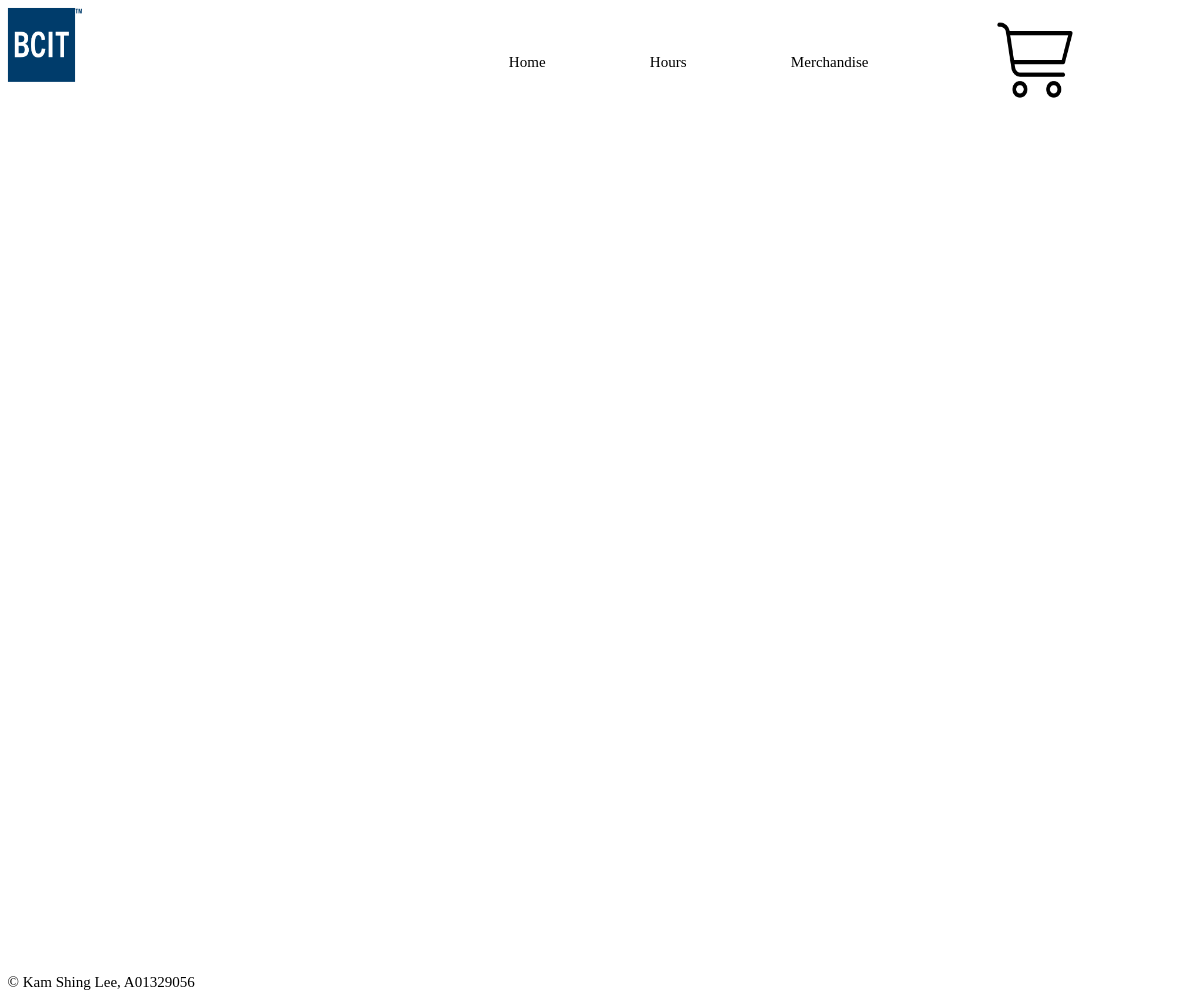
Repository: klee616/assessment3
Page: /
An editor plug-in stored every save of this project. The page is shown before and after the next save, followed by the edit.
The browser window is 1280 px wide. The pictures show the whole page, at 94% of full size.
The project was rebuilt for these pictures with package versions that can differ from the ones it lists, and the page was loaded fresh each time. The framework's server and built-in components were replaced by stand-ins that run in the browser. Also part of the build but not shown: next.config.mjs, components/Footer/Footer.module.css.

Above is the page before, as saved 2024-02-06 00:14:43.

### pages/index.js
import Head from "next/head";
import { Inter } from "next/font/google";
import styles from "@/styles/Home.module.css";
import layout from "@/styles/layout.module.css"
import Header from "@/components/Header";
import Footer from "@/components/Footer";

const inter = Inter({ subsets: ["latin"] });

export default function Home() {
  return (
    <>
      <Head>
        <title>BCIT Book Store</title>
        <meta name="description" content="All online pick-up orders are available at the Burnaby Campus Bookstore (SE2). Please allow 2-3 business days for order processing." />
        <meta name="viewport" content="width=device-width, initial-scale=1" />
        <link rel="icon" href="/favicon.ico" />
      </Head>

      <Header />
      <main className={`${styles.main} ${inter.className}`}>
        <div className={`${layout['col-lg-4']} ${layout['col-md-4']} ${layout['col-lg-4']}}`}>

        </div>
      </main>
      <Footer />
    </>
  );
}

### styles/globals.css
:root {
  --background-color: #fff;
  --highlight: #FFF400;
  --blue: #003C71;
  --white-text: #fff;
  --product-background: rgb(245, 245, 245);
}

a{
  color: inherit;
  text-decoration: none;
}

### styles/layout.module.css

.row {
    display: flex;
    flex-direction: row;
    flex-wrap: wrap;
    justify-content: left;
    align-items: stretch;
  }

  .col-lg-12, .col-md-12, .col-sm-12{
      flex: 0 0 12;
      width: calc(100% / 12 * 12);
  }

  .col-lg-11, .col-md-11, .col-sm-11{
      flex: 0 0 11;
      width: calc(100% / 12 * 11);
  }

  .col-lg-10, .col-md-10, .col-sm-10{
      flex: 0 0 10;
      width: calc(100% / 12 * 10);
  }

  .col-lg-9, .col-md-9, .col-sm-9{
      flex: 0 0 9;
      width: calc(100% / 12 * 9);
  }

  .col-lg-8, .col-md-8, .col-sm-8{
      flex: 0 0 8;
      width: calc(100% / 12 * 8);
  }

  .col-lg-7, .col-md-7, .col-sm-7{
      flex: 0 0 7;
      width: calc(100% / 12 * 7);
  }

  .col-lg-6, .col-md-6, .col-sm-6{
      flex: 0 0 6;
      width: calc(100% / 12 * 6);
  }

  .col-lg-5, .col-md-5, .col-sm-5{
      flex: 0 0 5;
      width: calc(100% / 12 * 5);
  }

  .col-lg-4, .col-md-4, .col-sm-4{
      flex: 0 0 4;
      width: calc(100% / 12 * 4);
  }

  .col-lg-3, .col-md-3, .col-sm-3{
      flex: 0 0 3;
      width: calc(100% / 12 * 3);
  }

  .col-lg-2, .col-md-2, .col-sm-2{
      flex: 0 0 2;
      width: calc(100% / 12 * 2);
  }

  .col-lg-1, .col-md-1, .col-sm-1{
      flex: 0 0 1;
      width: calc(100% / 12 * 1);
  }

  .text-align-right{
    text-align: right;
  }

  @media (min-width: 1221px ) {
    /* lg*/

    .row {
      max-width: 1220px;
      width: 100vw;
    }

    .row-wider{
      width: 992px;
    }


    .col-lg-12 {
      flex: 0 0 12;
      width: calc(100% / 12 * 12);
    }

    .col-lg-11 {
      flex: 0 0 11;
      width: calc(100% / 12 * 12);
    }

    .col-lg-10 {
      flex: 0 0 10;
      width: calc(100% / 12 * 10);
    }

    .col-lg-9 {
      flex: 0 0 9;
      width: calc(100% / 12 * 9);
    }

    .col-lg-8 {
      flex: 0 0 8;
      width: calc(100% / 12 * 8);
    }

    .col-lg-7 {
      flex: 0 0 7;
      width: calc(100% / 12 * 7);
    }

    .col-lg-6 {
      flex: 0 0 6;
      width: calc(100% / 12 * 6);
    }

    .col-lg-5 {
      flex: 0 0 5;
      width: calc(100% / 12 * 5);
    }

    .col-lg-4 {
      flex: 0 0 4;
      width: calc(100% / 12 * 4);
    }

    .col-lg-3 {
      flex: 0 0 3;
      width: calc(100% / 12 * 3);
    }

    .col-lg-2 {
      flex: 0 0 2;
      width: calc(100% / 12 * 2);
    }

    .col-lg-1 {
      flex: 0 0 1;
      width: calc(100% / 12 * 1);
    }

    .lg-hidden{
      display: none;;
    }
  }


  @media (max-width:1220px) and (min-width:701px) {
    /* md*/

    .row {
        max-width: 1440px;
        width: 100vw;

    }



    .col-md-12 {
      flex: 0 0 12;
      width: calc(100% / 12 * 12);
    }

    .col-md-11 {
      flex: 0 0 11;
      width: calc(100% / 12 * 12);
    }

    .col-md-10 {
      flex: 0 0 10;
      width: calc(100% / 12 * 10);
    }

    .col-md-9 {
      flex: 0 0 9;
      width: calc(100% / 12 * 9);
    }

    .col-md-8 {
      flex: 0 0 8;
      width: calc(100% / 12 * 8);
    }

    .col-md-7 {
      flex: 0 0 7;
      width: calc(100% / 12 * 7);
    }

    .col-md-6 {
      flex: 0 0 6;
      width: calc(100% / 12 * 6);
    }

    .col-md-5 {
      flex: 0 0 5;
      width: calc(100% / 12 * 5);
    }

    .col-md-4 {
      flex: 0 0 4;
      width: calc(100% / 12 * 4);
    }

    .col-md-3 {
      flex: 0 0 3;
      width: calc(100% / 12 * 3);
    }

    .col-md-2 {
      flex: 0 0 2;
      width: calc(100% / 12 * 2);
    }

    .col-md-1 {
      flex: 0 0 1;
      width: calc(100% / 12 * 1);
    }


    .md-hidden{
      display: none;;
    }
  }


  @media (max-width:700px) {
    /* sm*/

    .row {
        max-width: 640;
        width: 100vw;

    }


    .col-sm-12 {
      flex: 0 0 12;
      width: calc(100% / 12 * 12);
    }

    .col-sm-11 {
      flex: 0 0 11;
      width: calc(100% / 12 * 12);
    }

    .col-sm-10 {
      flex: 0 0 10;
      width: calc(100% / 12 * 10);
    }

    .col-sm-9 {
      flex: 0 0 9;
      width: calc(100% / 12 * 9);
    }

    .col-sm-8 {
      flex: 0 0 8;
      width: calc(100% / 12 * 8);
    }

    .col-sm-7 {
      flex: 0 0 7;
      width: calc(100% / 12 * 7);
    }

    .col-sm-6 {
      flex: 0 0 6;
      width: calc(100% / 12 * 6);
    }

    .col-sm-5 {
      flex: 0 0 5;
      width: calc(100% / 12 * 5);
    }

    .col-sm-4 {
      flex: 0 0 4;
      width: calc(100% / 12 * 4);
    }

    .col-sm-3 {
      flex: 0 0 3;
      width: calc(100% / 12 * 3);
    }

    .col-sm-2 {
      flex: 0 0 2;
      width: calc(100% / 12 * 2);
    }

    .col-sm-1 {
      flex: 0 0 1;
      width: calc(100% / 12 * 1);
    }

    .sm-hidden{
      display: none;
    }
  }

### components/Header/index.js
import styles from './Header.module.css'
import layout from '@/styles/Layout.module.css'
import Image from 'next/image'
import Link from 'next/link'

export default function Header() {
    return (
        <>
            <header className={layout['row']}>
                <div className={`${layout['col-lg-4']} ${layout['col-md-4']} ${layout['col-sm-4']}`}>
                    <Image
                        src="/images/bcit_logo.png"
                        width={80}
                        height={80} />
                </div>
                <div className={`${layout['col-lg-8']} ${layout['col-md-8']} ${layout['col-sm-8']}`}>
                    <div className={styles['menu-container']}>
                        <ul className={styles['menu-list']}>
                            <li className={styles['menu-item']}>
                                <Link href='/'>Home</Link>
                            </li>
                            <li className={styles['menu-item']}>
                                <Link href='/'>Hours</Link>
                            </li>
                            <li className={styles['menu-item']}>
                                <Link href='/'>Merchandise</Link>
                            </li>
                            <li className={styles['menu-item']}>

                                <Link href='/'>
                                    <Image
                                        src="/images/shopping.png"
                                        width={80}
                                        height={80} />
                                </Link>
                            </li>
                        </ul>
                    </div>
                </div>

            </header>
        </>
    )
}

### components/Footer/index.js
import styles from './Footer.module.css'
import layout from '@/styles/Layout.module.css'

export default function Footer(){
    return (
        <>
        <footer className={`${layout['row']}`}>
<div className={`${layout['col-lg-12']} ${layout['col-md-12']} ${layout['col-sm-12']}`}>
    &copy; Kam Shing Lee, A01329056
</div>
        </footer>
        </>
    )
}

### components/Header/Header.module.css
.menu-container{
    display: flex;
    flex-direction: row;
    flex-wrap: nowrap;
    align-content: center;
    justify-content: center;
    align-items: center;
}

.menu-list{
    display: flex;
    flex-direction: row;
    flex-wrap: nowrap;
    align-content: center;
    justify-content:space-around;
    align-items: center;
    list-style: none;
}

.menu-list .menu-item{
    width: 150px;
    text-align: left;
}
.menu-list .menu-item:nth-last-child(1){
    text-align: right;
}
.menu-item a{
display: block;
width: 100%;
}

### styles/Layout.module.css

.row {
    display: flex;
    flex-direction: row;
    flex-wrap: wrap;
    justify-content: left;
    align-items: stretch;
  }

  .col-lg-12, .col-md-12, .col-sm-12{
      flex: 0 0 12;
      width: calc(100% / 12 * 12);
  }

  .col-lg-11, .col-md-11, .col-sm-11{
      flex: 0 0 11;
      width: calc(100% / 12 * 11);
  }

  .col-lg-10, .col-md-10, .col-sm-10{
      flex: 0 0 10;
      width: calc(100% / 12 * 10);
  }

  .col-lg-9, .col-md-9, .col-sm-9{
      flex: 0 0 9;
      width: calc(100% / 12 * 9);
  }

  .col-lg-8, .col-md-8, .col-sm-8{
      flex: 0 0 8;
      width: calc(100% / 12 * 8);
  }

  .col-lg-7, .col-md-7, .col-sm-7{
      flex: 0 0 7;
      width: calc(100% / 12 * 7);
  }

  .col-lg-6, .col-md-6, .col-sm-6{
      flex: 0 0 6;
      width: calc(100% / 12 * 6);
  }

  .col-lg-5, .col-md-5, .col-sm-5{
      flex: 0 0 5;
      width: calc(100% / 12 * 5);
  }

  .col-lg-4, .col-md-4, .col-sm-4{
      flex: 0 0 4;
      width: calc(100% / 12 * 4);
  }

  .col-lg-3, .col-md-3, .col-sm-3{
      flex: 0 0 3;
      width: calc(100% / 12 * 3);
  }

  .col-lg-2, .col-md-2, .col-sm-2{
      flex: 0 0 2;
      width: calc(100% / 12 * 2);
  }

  .col-lg-1, .col-md-1, .col-sm-1{
      flex: 0 0 1;
      width: calc(100% / 12 * 1);
  }

  .text-align-right{
    text-align: right;
  }

  @media (min-width: 1221px ) {
    /* lg*/

    .row {
      max-width: 1220px;
      width: 100vw;
    }

    .row-wider{
      width: 992px;
    }


    .col-lg-12 {
      flex: 0 0 12;
      width: calc(100% / 12 * 12);
    }

    .col-lg-11 {
      flex: 0 0 11;
      width: calc(100% / 12 * 12);
    }

    .col-lg-10 {
      flex: 0 0 10;
      width: calc(100% / 12 * 10);
    }

    .col-lg-9 {
      flex: 0 0 9;
      width: calc(100% / 12 * 9);
    }

    .col-lg-8 {
      flex: 0 0 8;
      width: calc(100% / 12 * 8);
    }

    .col-lg-7 {
      flex: 0 0 7;
      width: calc(100% / 12 * 7);
    }

    .col-lg-6 {
      flex: 0 0 6;
      width: calc(100% / 12 * 6);
    }

    .col-lg-5 {
      flex: 0 0 5;
      width: calc(100% / 12 * 5);
    }

    .col-lg-4 {
      flex: 0 0 4;
      width: calc(100% / 12 * 4);
    }

    .col-lg-3 {
      flex: 0 0 3;
      width: calc(100% / 12 * 3);
    }

    .col-lg-2 {
      flex: 0 0 2;
      width: calc(100% / 12 * 2);
    }

    .col-lg-1 {
      flex: 0 0 1;
      width: calc(100% / 12 * 1);
    }

    .lg-hidden{
      display: none;;
    }
  }


  @media (max-width:1220px) and (min-width:701px) {
    /* md*/

    .row {
        max-width: 1440px;
        width: 100vw;

    }



    .col-md-12 {
      flex: 0 0 12;
      width: calc(100% / 12 * 12);
    }

    .col-md-11 {
      flex: 0 0 11;
      width: calc(100% / 12 * 12);
    }

    .col-md-10 {
      flex: 0 0 10;
      width: calc(100% / 12 * 10);
    }

    .col-md-9 {
      flex: 0 0 9;
      width: calc(100% / 12 * 9);
    }

    .col-md-8 {
      flex: 0 0 8;
      width: calc(100% / 12 * 8);
    }

    .col-md-7 {
      flex: 0 0 7;
      width: calc(100% / 12 * 7);
    }

    .col-md-6 {
      flex: 0 0 6;
      width: calc(100% / 12 * 6);
    }

    .col-md-5 {
      flex: 0 0 5;
      width: calc(100% / 12 * 5);
    }

    .col-md-4 {
      flex: 0 0 4;
      width: calc(100% / 12 * 4);
    }

    .col-md-3 {
      flex: 0 0 3;
      width: calc(100% / 12 * 3);
    }

    .col-md-2 {
      flex: 0 0 2;
      width: calc(100% / 12 * 2);
    }

    .col-md-1 {
      flex: 0 0 1;
      width: calc(100% / 12 * 1);
    }


    .md-hidden{
      display: none;;
    }
  }


  @media (max-width:700px) {
    /* sm*/

    .row {
        max-width: 640;
        width: 100vw;

    }


    .col-sm-12 {
      flex: 0 0 12;
      width: calc(100% / 12 * 12);
    }

    .col-sm-11 {
      flex: 0 0 11;
      width: calc(100% / 12 * 12);
    }

    .col-sm-10 {
      flex: 0 0 10;
      width: calc(100% / 12 * 10);
    }

    .col-sm-9 {
      flex: 0 0 9;
      width: calc(100% / 12 * 9);
    }

    .col-sm-8 {
      flex: 0 0 8;
      width: calc(100% / 12 * 8);
    }

    .col-sm-7 {
      flex: 0 0 7;
      width: calc(100% / 12 * 7);
    }

    .col-sm-6 {
      flex: 0 0 6;
      width: calc(100% / 12 * 6);
    }

    .col-sm-5 {
      flex: 0 0 5;
      width: calc(100% / 12 * 5);
    }

    .col-sm-4 {
      flex: 0 0 4;
      width: calc(100% / 12 * 4);
    }

    .col-sm-3 {
      flex: 0 0 3;
      width: calc(100% / 12 * 3);
    }

    .col-sm-2 {
      flex: 0 0 2;
      width: calc(100% / 12 * 2);
    }

    .col-sm-1 {
      flex: 0 0 1;
      width: calc(100% / 12 * 1);
    }

    .sm-hidden{
      display: none;
    }
  }

Loaded but not shown: pages/_app.js (common file); pages/_document.js (common file); styles/Home.module.css (common file)

After the next save:
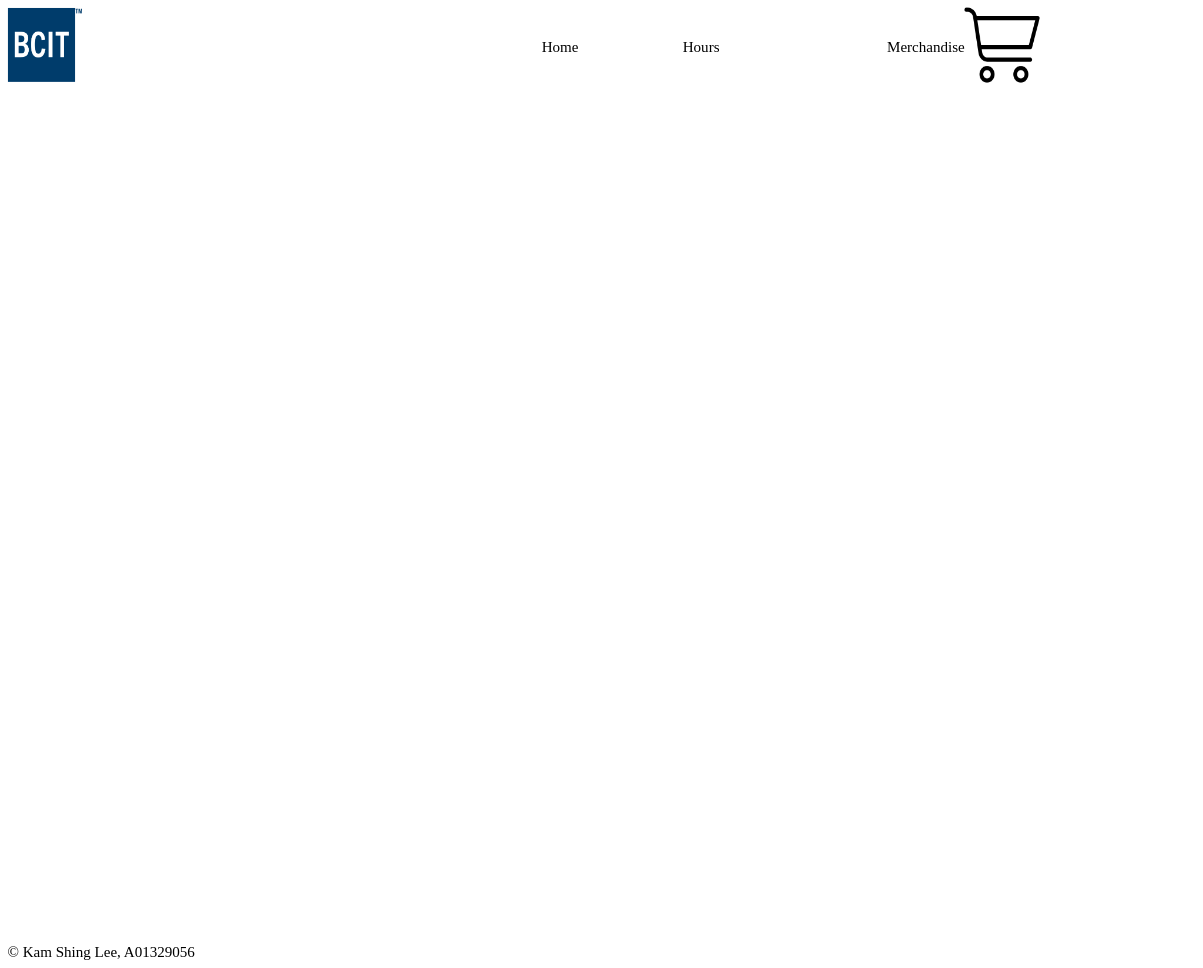
Saved 8 min 8 s later.
--- a/components/Header/index.js
+++ b/components/Header/index.js
@@ -25,16 +25,14 @@
                             <li className={styles['menu-item']}>
                                 <Link href='/'>Merchandise</Link>
                             </li>
-                            <li className={styles['menu-item']}>
+                        </ul>
 
-                                <Link href='/'>
+                        <Link href='/'>
                                     <Image
                                         src="/images/shopping.png"
                                         width={80}
                                         height={80} />
                                 </Link>
-                            </li>
-                        </ul>
                     </div>
                 </div>
 
